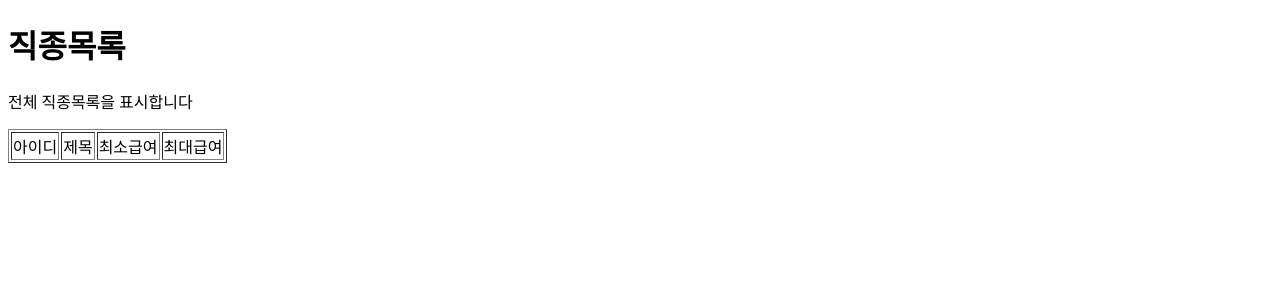
Repository: qwer1227/Jsp_study
Page: http://localhost/hr/job/list.jsp
An editor plug-in stored every save of this project. The page is shown before and after the next save, followed by the edit.
The browser window is 1280 px wide. The pictures show the whole page.
The page is served by Tomcat 9.

Above is the page before, as saved 2024-08-06 05:28:57.

After the next save:
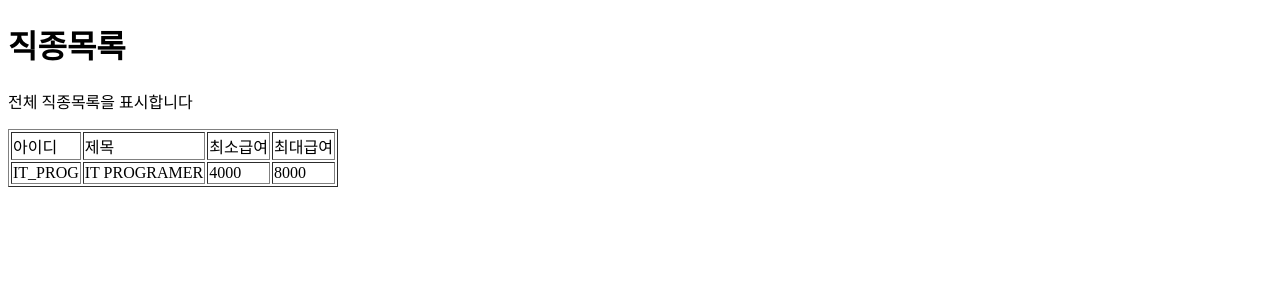
Saved 42 s later.
--- a/hr/src/main/webapp/job/list.jsp
+++ b/hr/src/main/webapp/job/list.jsp
@@ -19,6 +19,14 @@
 			<td>최대급여</td>
 		</tr>
 	</thead>
+	<tbody>
+		<tr>
+			<td>IT_PROG</td>
+			<td>IT PROGRAMER</td>
+			<td>4000</td>
+			<td>8000</td>
+		</tr>
+	</tbody>
 </table>
 </body>
 </html>
